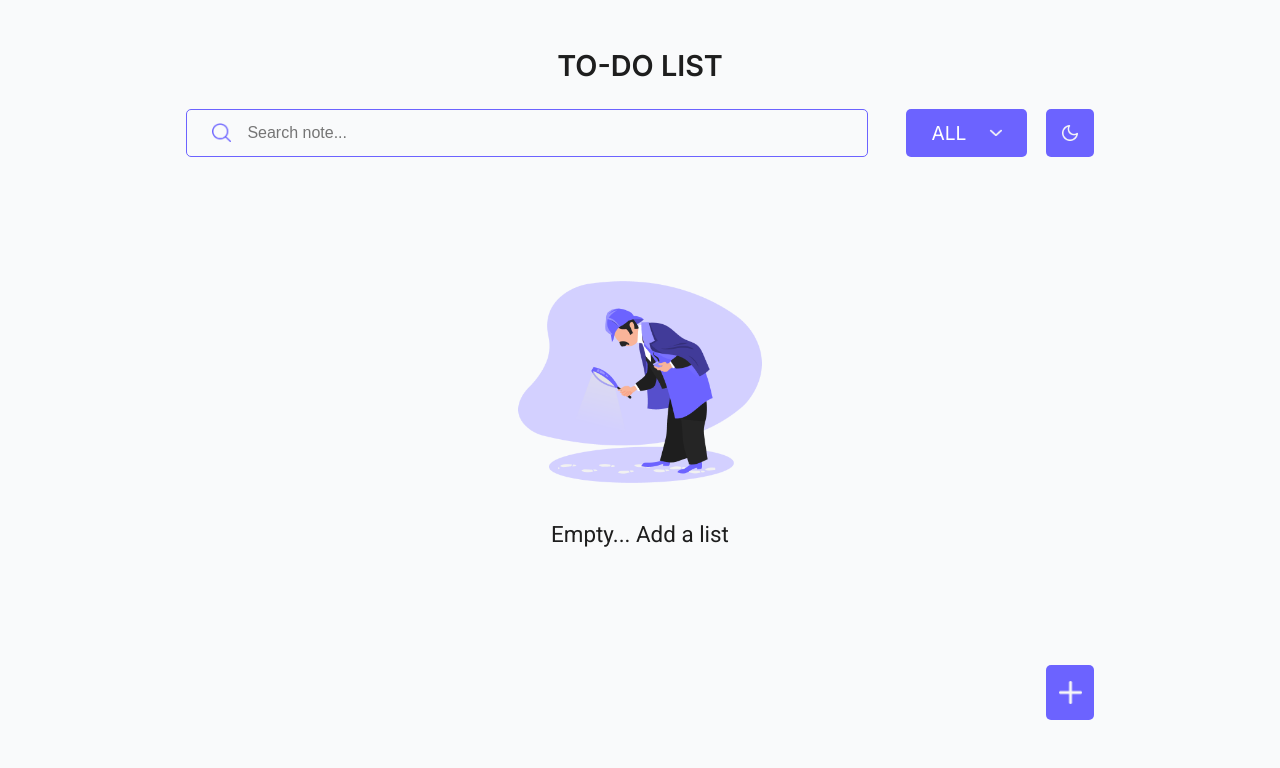
Repository: Marykeje/To-do-list
Page: index.html
These files come from the project's save history. The page is drawn as it stood at one moment and after the next save; the edit follows.
The browser window is 1280 px wide. The pictures show the whole page.
The style sheet was rebuilt from its Sass, Less or Tailwind sources for each picture, by a compiler version that may differ from the author's.

Above is the page before, as saved 2025-12-03 10:03:59.

### index.html
<!DOCTYPE html>
<html lang="en">
  <head>
    <meta charset="UTF-8" />
    <meta name="viewport" content="width=device-width, initial-scale=1.0" />
    <title>To-do-list</title>

    <link rel="stylesheet" href="./css/style.css" />
  </head>
  <body>
    <div class="to-do container">
      <div class="header">
        <h1 class="header__title">To-do List</h1>
        <div class="header__heading-info">
          <div class="header__search">
            <img src="./img/search-icon.png" alt="search-icon" />
            <input type="text" placeholder="Search note..." />
          </div>
          <div class="header__btns">
            <div></div>
            <div class="header__select-part">
              <p>ALL</p>
              <img src="./img/chevron-top.png" alt="" />
            </div>
            <div class="header__mode">
              <img src="./img/mode-icon.png" alt="" />
            </div>
          </div>
        </div>
      </div>
      <div class="empty">
        <img src="./img/empty-icon.png" alt="" />
        <p>Empty... Add a list</p>
      </div>
      <div class="add-list">
        <div class="add-list__list-item">
          <div class="add-list__lists">
            <div class="add-list__list-check">
              <div>
                <input type="checkbox" />
              </div>
              <p>NOTE 1</p>
            </div>
            <div class="add-list__edit-icons">
              <img src="./img/edit-icon.svg" alt="" />
              <img src="./img/delete-icon.svg" alt="" />
            </div>
          </div>
          <div class="add-list__lists">
            <div class="add-list__list-check">
              <div>
                <input type="checkbox" />
              </div>
              <p>NOTE 2</p>
            </div>
            <div class="add-list__edit-icons">
              <img src="./img/edit-icon.svg" alt="" />
              <img src="./img/delete-icon.svg" alt="" />
            </div>
          </div>
          <div class="add-list__lists">
            <div class="add-list__list-check">
              <label class="check">
                <input type="checkbox" id="my-check" />
                <span class="check__checkmark"></span>
              </label>
              <p>NOTE 3</p>
            </div>
            <div class="add-list__edit-icons">
              <img src="./img/edit-icon.svg" alt="" />
              <img src="./img/delete-icon.svg" alt="" />
            </div>
          </div>
        </div>
      </div>
      <div class="add-icon" id="add-btn" onclick="openModal()">
        <img src="./img/plus-icon.png" alt="" />
      </div>
    </div>

    <!-- for add list pop up -->
    <div class="modal" id="modal">
      <div class="modal__heading">
        <h4>New note</h4>
        <div class="header__search">
          <input type="text" placeholder="Input your note" />
        </div>
      </div>
      <div class="btns">
        <button class="btns__cancel" id="cancel-modal" onclick="closeModal()">Cancel</button>
        <button class="btns__apply" id="apply">Apply</button>
      </div>
    </div>
    <div class="overlay hidden" id="closeOverlay"></div>

    <script src="./js/script.js"></script>
  </body>
</html>

### js/script.js
function cancel() {}

// getting the elements
// let cancel = (document.getElementById("cancel").style.display = "none");

// let open = document.getElementById("add");
// let modal = document.getElementByIdby("openModal");
// let cancelModal = document.getElementById("cancelModal");

// when button is opened
// modal.addEventListener("click", () => {
// open.style.display = ""
// modal.style.display = "block"; // show modal
// });

// const openModal = function () {
// console.log("Button clicked");
// modal.classList.add("open"); //gives the list of css class in the element
// };

function openModal() {
  const clickOpen = document.getElementById("add-btn");
  const modal = document.getElementById("modal");
  const overlay = document.getElementById("closeOverlay");

  // const closeModal = document.getElementById("cancelModal");

  clickOpen.style.display = "block";
  modal.style.display = "block";
  overlay.style.display = "block";
  // closeModal.style.display.hidden = "";

  // console.log(modal.style.display)
}

// openModal()
// for the close modal
function closeModal() {
  const closeModal = document.getElementById("cancel-modal");
  const modal = document.getElementById("modal");
  const overlay = document.getElementById("closeOverlay");

  closeModal.style.display = "block";
  modal.style.display = "none";
  overlay.style.display = "none";
}

### sass/main.scss
@import "./pages/style.scss";

### sass/pages/style.scss
/* Inter Font Import */
@import url("https://fonts.googleapis.com/css2?family=Inter:ital,opsz,wght@0,14..32,100..900;1,14..32,100..900&display=swap");

//  for roboto font
@import url("https://fonts.googleapis.com/css2?family=Montserrat:ital,wght@0,100..900;1,100..900&family=Roboto:ital,wght@0,100..900;1,100..900&display=swap");

* {
  margin: 0;
  padding: 0;
  box-sizing: border-box;
}

.html {
  font-size: 50%;
}

body {
  font-size: 1.6rem;
  // font-weight: 500;
  font-family: "Inter", sans-serif;
  background-color: #f9fafb;
  color: #1e1e1e;
}

.container {
  max-width: 60rem;
  margin: auto;
  padding: 3rem 1.6rem;
}

.to-do {
  display: flex;
  flex-direction: column;
  gap: 2.4rem;
}

.header {
  display: flex;
  flex-direction: column;
  gap: 1.6rem;

  @media (max-width: 650px) {
    gap: 1.2rem;
  }

  &__title {
    font-size: 1.8rem;
    font-weight: 600;
    text-align: center;
    text-transform: uppercase;

    @media (max-width: 550px) {
      font-size: 1.4rem;
    }
  }

  &__heading-info {
    display: flex;
    align-items: center;
    gap: 1.2rem;

    @media (max-width: 550px) {
      // gap: 1rem;
      flex-wrap: wrap;
    }
  }

  &__search {
    padding: 0.8rem 1.6rem;
    border: 1px solid #6c63ff;
    border-radius: 5px;

    display: flex;
    align-items: center;
    gap: 1rem;

    width: 100%;
    height: 3rem;

    @media (max-width: 450px) {
      padding: 5px 0.8rem;
      height: 3rem;
    }

    @media (max-width: 350px) {
      height: 2rem;
    }

    & img {
      display: block;
      width: 1.2rem;
    }
  }

  &__btns {
    display: flex;
    align-items: center;
    gap: 1.2rem;

    @media (max-width: 550px) {
      gap: 0.8rem;
    }
  }

  &__select-part {
    display: flex;
    align-items: center;
    justify-content: space-between;
    gap: 1.4rem;

    padding: 1rem 1.6rem;
    height: 3rem;

    font-size: 1.2rem;
    background-color: #6c63ff;
    color: #ffffff;
    border-radius: 5px;

    @media (max-width: 550px) {
      height: 2.5rem;
    }

    & img {
      display: block;
      width: 0.8rem;
    }
  }

  &__mode {
    background-color: #6c63ff;
    color: #ffffff;
    border-radius: 5px;
    cursor: pointer;

    padding: 1rem;
    height: 3rem;
    width: 3rem;

    display: flex;
    justify-content: center;

    @media (max-width: 550px) {
      height: 2.5rem;
      padding: 0.8rem;
    }

    & img {
      display: block;
      width: 1.4rem;

      @media (max-width: 550px) {
        width: 1.2rem;
      }
    }
  }
}

.empty {
  display: flex;
  flex-direction: column;
  align-items: center;
  justify-content: center;
  font-family: "roboto";
  gap: 2rem;

  height: 60vh;

  @media (max-width: 550px) {
    height: 55vh;
  }

  & img {
    display: block;
    width: 17rem;

    @media (max-width: 550px) {
      width: 12rem;
    }
  }

  & p {
    font-size: 1.4rem;

    @media (max-width: 550px) {
      font-size: 1rem;
    }
  }
}

.add-list {
  display: flex;
  flex-direction: column;
  gap: 2.4rem;

  font-family: "inter";

  padding: 0rem 7rem;
  height: 60vh;

  display: none;

  &__lists {
    padding: 1rem;
    border-bottom: 1px solid #6c63ff;

    display: flex;
    justify-content: space-between;
  }

  &__list-check {
    display: flex;
    align-items: center;
    gap: 1.2rem;

    & p {
      font-weight: 600;
    }
  }

  &__edit-icon {
    display: flex;
    align-items: center;
    gap: 1.2rem;

    & img {
      display: block;
      width: 1.8rem;
      color: #cdcdcd;
    }
  }
}

.add-icon {
  background-color: #6c63ff;
  color: #ffffff;
  border-radius: 5px;
  cursor: pointer;

  padding: 1rem;
  margin-left: auto;
  width: 3rem;

  display: flex;
  justify-content: center;

  @media (max-width: 550px) {
    height: 2.5rem;
    padding: 0.8rem;
  }

  & img {
    display: block;
    width: 1.4rem;

    @media (max-width: 550px) {
      width: 1.2rem;
    }
  }
}

input {
  width: 100%;
  border: none;
  font-size: 1rem;

  background: transparent;

  &:focus {
    outline: none;
  }

  &::placeholder {
    @media (max-width: 350px) {
      font-size: 0.8rem;
    }
  }
}

.check {
  display: block;
  position: relative;
  padding-left: 2rem;
  cursor: pointer;
  font-size: 1.6rem;
  user-select: none; /* prevent text selection*/

  // input[type="checkbox"] {
    // position: absolute;
    // opacity: 0; /* hides the actual result*/
    // height: 0;
    // width: 0;
    // -webkit-appearance: none;
  // }

  &__checkmark {
    position: absolute;
    top: 0;
    left: 0;
    height: 2rem;
    width: 2rem;
    // background-color: #fff;
    border: 1px solid #6c63ff;
    border-radius: 5px;

    & ::after {
      content: "";
      position: absolute;
      display: none;
      left: 0.9prem;
      top: 5px;
      height: 1rem;
      border: #ffffff;
      // border-width: 0 3px 3px 0;
      // transform: rotate(45deg);
    }

    input[type="checkbox"]:checked {
      background-color: #6c63ff;
      border: none;

      display: none;
    }
  }
}

// modal style
.overlay {
  position: fixed;
  top: 0;
  left: 0;
  width: 100vw;
  height: 100vh;
  background-color: rgba($color: #1a1a1a, $alpha: 0.8);
  cursor: pointer;
  z-index: 9999;

  &.hidden {
    display: none;
  }
}

.modal {
  position: fixed;
  left: 50%;
  top: 35%;
  z-index: 99999;

  width: 40rem;
  max-width: 90dvw;
  // height: 100dvh;
  // transform: translateX(100%);
  transform: translate(-50%, -50%);

  background-color: #ffffff;
  border-radius: 1.6rem;

  // transition: all 0.3s ease-out;

  padding: 2.4rem;

  display: flex;
  flex-direction: column;
  gap: 2rem;

  display: none;

  @media (max-width: 540px) {
    width: 30rem;
    padding: 1.8rem;
  }

  @media (max-width: 450px) {
    padding: 1rem 1.4rem;
  }

  @media (max-width: 350px) {
    top: initial;
    bottom: 0;
    right: 0;

    width: 100%;
    transform: translate(-50%, 0);
    border-bottom-left-radius: 0;
    border-bottom-right-radius: 0;

    padding: 1rem;
    // max-width: 100dvw;
  }

  .open {
    transform: translate(-50%, -50%) scale(1);
    pointer-events: all;
    overflow-y: auto;

    @media (max-width: 450px) {
      // transform: translate(0, 0);
    }
  }

  &__heading {
    height: 12rem;

    display: flex;
    flex-direction: column;
    align-items: center;
    gap: 1.4rem;

    @media (max-width: 540px) {
      gap: 1rem;
    }

    @media (max-width: 350px) {
      gap: 0.8rem;
    }

    & h4 {
      text-transform: uppercase;
      font-size: 1.4rem;

      @media (max-width: 350px) {
        font-size: 1.2rem;
      }
    }
  }
}

.btns {
  display: flex;
  justify-content: space-between;

  &__cancel {
    text-transform: uppercase;
    color: #6c63ff;
    font-weight: 700;
    background: none;
    border: 1.5px solid #6c63ff;
    border-radius: 5px;

    padding: 0.8rem 1.2rem;

    cursor: pointer;

    @media (max-width: 450px) {
      padding: 0.8rem 1rem;
      font-weight: 600;
    }

    @media (max-width: 350px) {
      padding: 5px 7px;
      font-weight: 500;
    }
  }

  &__apply {
    text-transform: uppercase;
    color: #ffffff;
    font-weight: 700;
    background: #6c63ff;
    border: none;
    border-radius: 5px;

    padding: 0.8rem 1.2rem;

    cursor: pointer;

    @media (max-width: 450px) {
      padding: 0.8rem 1rem;
      font-weight: 600;
    }

    @media (max-width: 350px) {
      padding: 5px 7px;
      font-weight: 500;
    }
  }
}

After the next save:
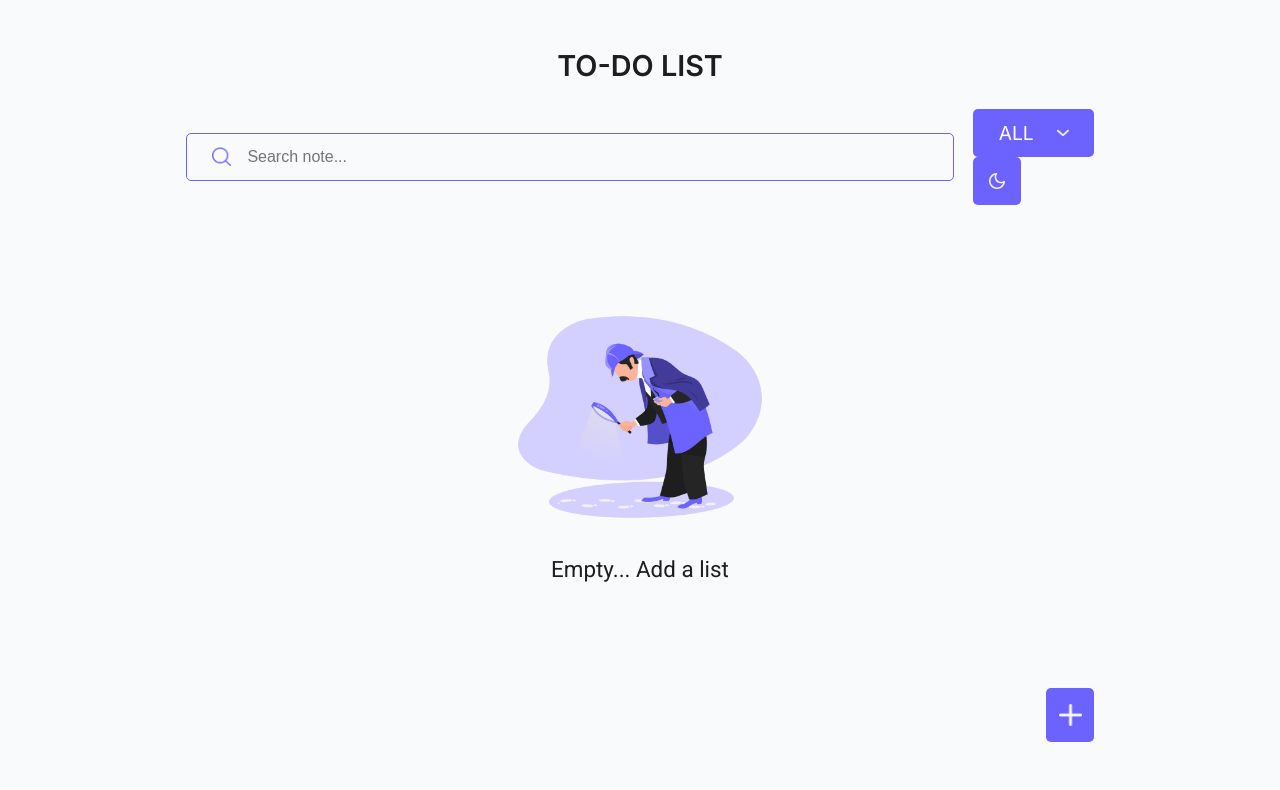
Saved 4 s later.
--- a/index.html
+++ b/index.html
@@ -17,7 +17,7 @@
             <input type="text" placeholder="Search note..." />
           </div>
           <div class="header__btns">
-            <div></div>
+            <div>
             <div class="header__select-part">
               <p>ALL</p>
               <img src="./img/chevron-top.png" alt="" />

After the save that followed:
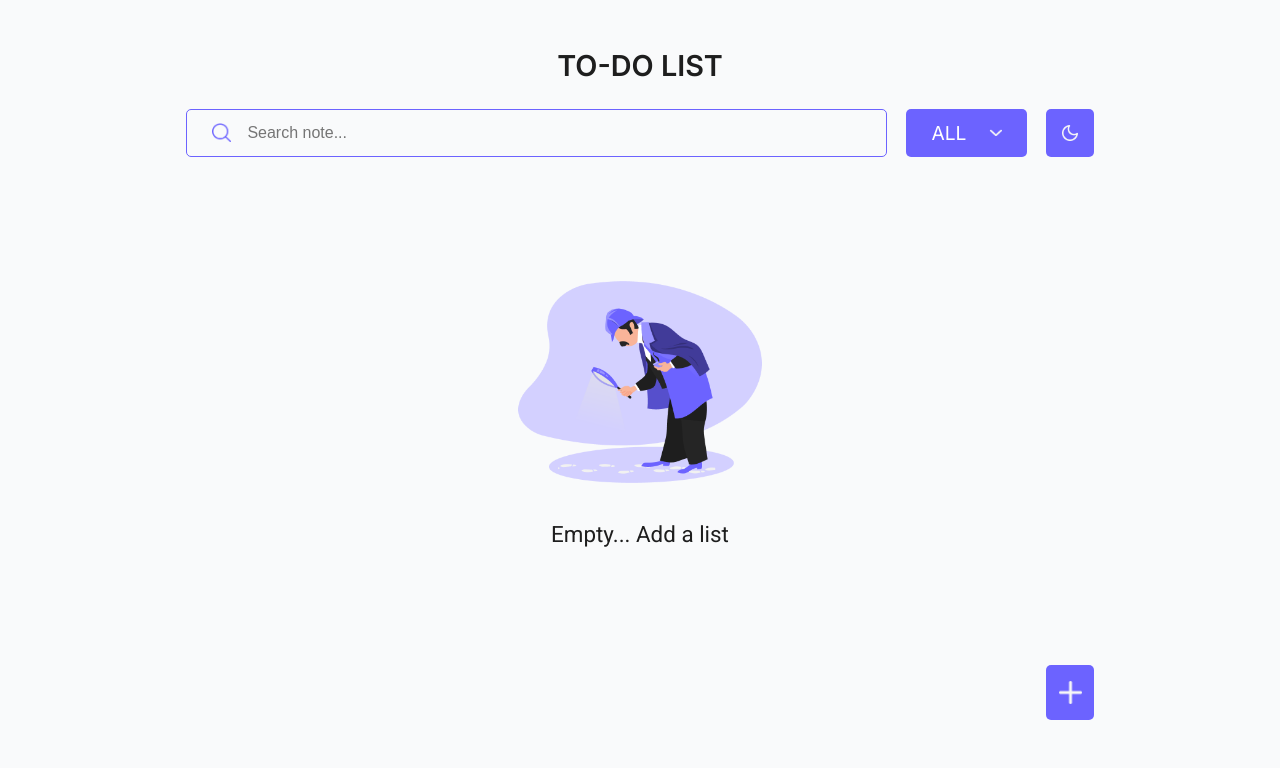
Saved 8 s later.
--- a/index.html
+++ b/index.html
@@ -18,9 +18,10 @@
           </div>
           <div class="header__btns">
             <div>
-            <div class="header__select-part">
-              <p>ALL</p>
-              <img src="./img/chevron-top.png" alt="" />
+              <div class="header__select-part">
+                <p>ALL</p>
+                <img src="./img/chevron-top.png" alt="" />
+              </div>
             </div>
             <div class="header__mode">
               <img src="./img/mode-icon.png" alt="" />
@@ -87,7 +88,9 @@
         </div>
       </div>
       <div class="btns">
-        <button class="btns__cancel" id="cancel-modal" onclick="closeModal()">Cancel</button>
+        <button class="btns__cancel" id="cancel-modal" onclick="closeModal()">
+          Cancel
+        </button>
         <button class="btns__apply" id="apply">Apply</button>
       </div>
     </div>
